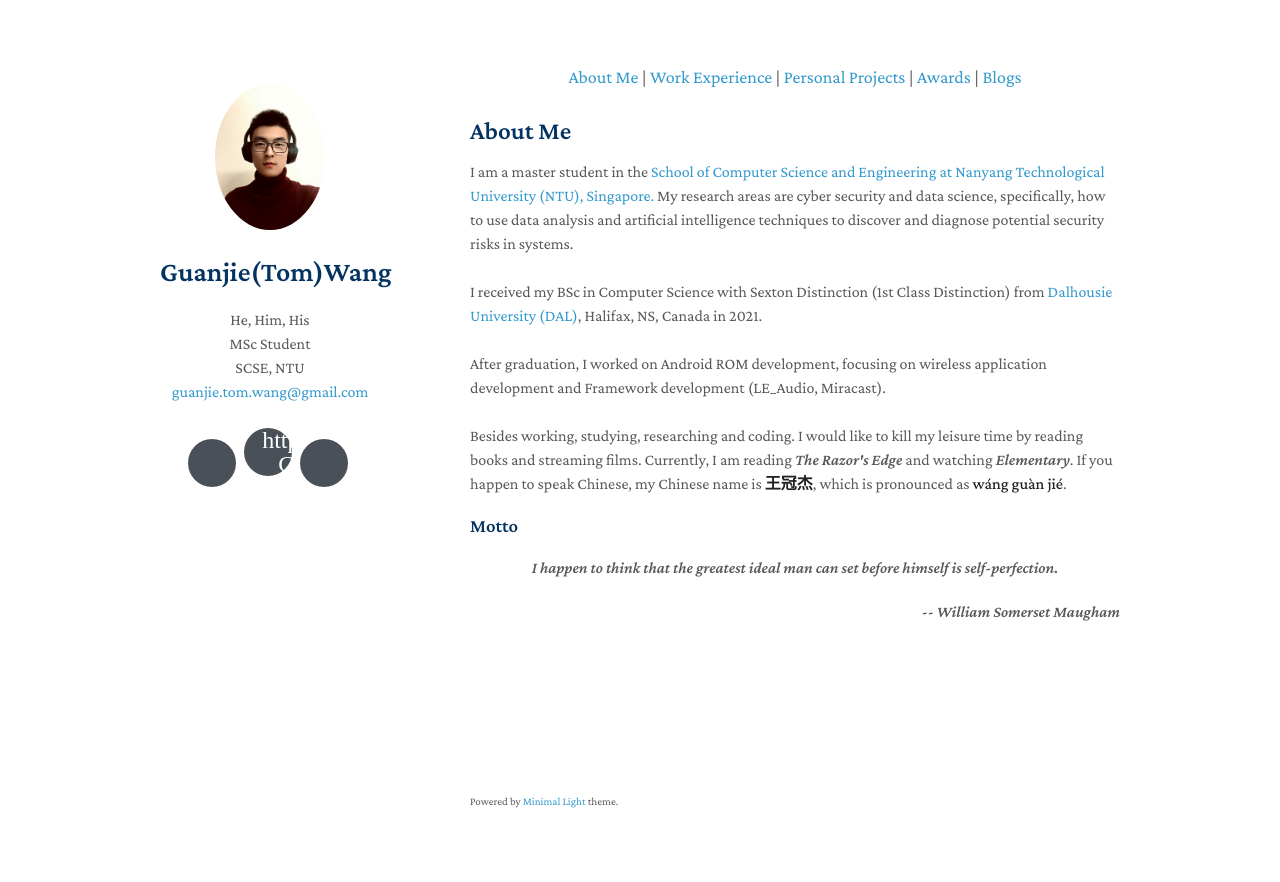
Repository: guanjie01/aboutme
Page: index.html
An editor plug-in stored every save of this project. The page is shown before and after the next save, followed by the edit.
The browser window is 1280 px wide. The pictures show the whole page.
Some web fonts or font styles are not loaded; a fallback is used.

Above is the page before, as saved 2023-08-11 11:49:33.
Console error: TypeError: Cannot read properties of null (reading 'style')

After the next save:
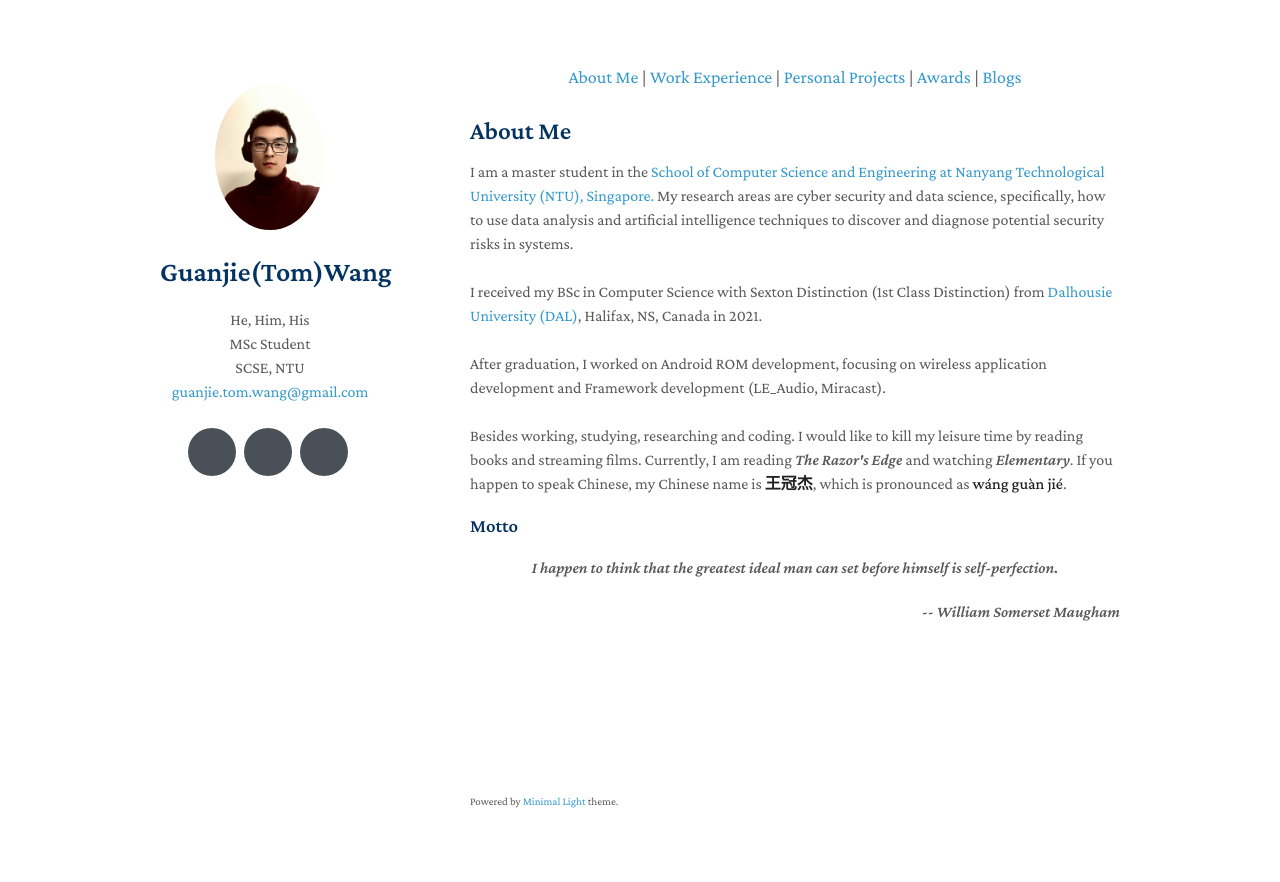
Saved 25 s later.
--- a/index.html
+++ b/index.html
@@ -76,7 +76,8 @@
           </a>
 
           <a style="margin: 0 5px 0 0" href="https://github.com/O-GuanjieWang-O">
-            <i class="fab fa-github">https://github.com/O-GuanjieWang-O
+            <i class="fab fa-github">
+              <image></image>
             </i>
           </a>
 
